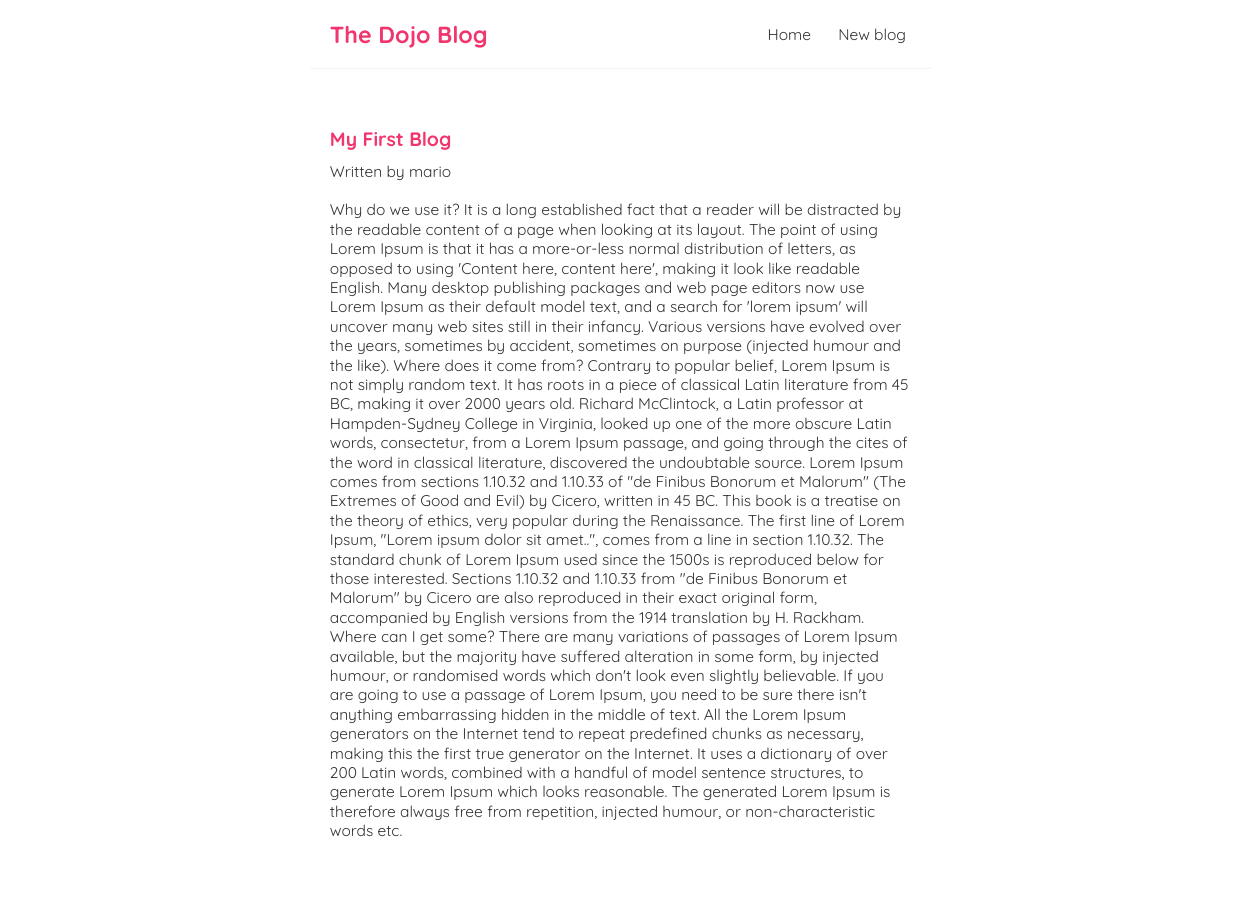
Repository: Samkiroko/full-reacr-ninja
Page: /blogs/1
An editor plug-in stored every save of this project. The page is shown before and after the next save, followed by the edit.
The browser window is 1280 px wide. The pictures show the whole page, at 97% of full size.
The project was rebuilt for these pictures with package versions that can differ from the ones it lists, and the page was loaded fresh each time. Requests to the local data server were answered from the project's data file. Also part of the build but not shown: src/BlogList.js, src/Home.js, src/Create.js.

Above is the page before, as saved 2021-07-23 17:42:45.

### src/index.css
@import url('https://fonts.googleapis.com/css2?family=Quicksand:wght@300;400;500;600;700&display=swap');

/* base styles */

* {
    margin: 0;
    font-family: 'Quicksand';
    color: #333;
}

.navbar {
    padding: 20px;
    display: flex;
    align-items: center;
    max-width: 600px;
    margin: 0 auto;
    border-bottom: 1px solid #f2f2f2;
}

.navbar h1 {
    color: #f1356d;
}

.navbar .links {
    margin-left: auto;
}

.navbar a {
    margin-left: 16px;
    text-decoration: none;
    padding: 6px;
}

.navbar a:hover {
    color: #f1356d;
}

.content {
    max-width: 600px;
    margin: 40px auto;
    padding: 20px;
}


/* blog previews / list */

.blog-preview {
    padding: 10px 16px;
    margin: 20px 0;
    border-bottom: 1px solid #fafafa;
}

.blog-preview:hover {
    box-shadow: 1px 3px 5px rgba(0, 0, 0, 0.1);
}

.blog-preview h2 {
    font-size: 20px;
    color: #f1356d;
    margin-bottom: 8px;
}

.blog-preview a {
    text-decoration: none;
}


/* blog details page */

.blog-details h2 {
    font-size: 20px;
    color: #f1356d;
    margin-bottom: 10px;
}

.blog-details div {
    margin: 20px 0;
}

.blog-details button {
    background: #f1356d;
    color: #fff;
    border: 0;
    padding: 8px;
    border-radius: 8px;
    cursor: pointer;
}


/* create new blog form */

.create {
    max-width: 400px;
    margin: 0 auto;
    text-align: center;
}

.create label {
    text-align: left;
    display: block;
}

.create h2 {
    font-size: 20px;
    color: #f1356d;
    margin-bottom: 30px;
}

.create input,
.create textarea,
.create select {
    width: 100%;
    padding: 6px 10px;
    margin: 10px 0;
    border: 1px solid #ddd;
    box-sizing: border-box;
    display: block;
}

.create button {
    background: #f1356d;
    color: #fff;
    border: 0;
    padding: 8px;
    border-radius: 8px;
    cursor: pointer;
}

### src/App.js
import Home from './Home'
import Navbar from './Navbar'
import { BrowserRouter as Router, Route, Switch } from 'react-router-dom'
import Create from './Create'
import BlogDetails from './BlogDetails'

function App() {
  return (
    <Router>
      <div className='App'>
        <Navbar />
        <div className='content'>
          <Switch>
            <Route exact path='/' component={Home} />
            <Route exact path='/create' component={Create} />
            <Route exact path='/blogs/:id' component={BlogDetails} />
          </Switch>
        </div>
      </div>
    </Router>
  )
}

export default App

### src/Navbar.js
import React from 'react'
import { Link } from 'react-router-dom'

const Navbar = () => {
  return (
    <nav className='navbar'>
      <h1>The Dojo Blog</h1>
      <div className='links'>
        <Link to='/'>Home</Link>
        <Link to='/create'>New blog</Link>
      </div>
    </nav>
  )
}

export default Navbar

### src/BlogDetails.js
import { useParams } from 'react-router-dom'
import useFetch from './useFetch'

const BlogDetails = () => {
  const { id } = useParams()
  const { data: blog, error, loading } = useFetch('http://localhost:8000/blogs/' + id)

  return (
    <div className='blog-details'>
      {loading && <div>Loading...</div>}
      {error && <div>{error}</div>}
      {blog && (
        <article>
          <h2>{blog.title}</h2>
          <p>Written by {blog.author}</p>
          <div>{blog.body}</div>
        </article>
      )}
    </div>
  )
}

export default BlogDetails

### src/useFetch.js
import { useState, useEffect } from 'react'

const useFetch = (url) => {
  const [data, setData] = useState(null)
  const [loading, setLoading] = useState(true)
  const [error, setError] = useState(null)

  useEffect(() => {
    const abortCont = new AbortController()
    fetch(url, { signal: abortCont.signal })
      .then((res) => {
        if (!res.ok) {
          throw Error('could not fetch form the database')
        }
        return res.json()
      })
      .then((data) => {
        setData(data)
        setLoading(false)
        setError(null)
      })
      .catch((err) => {
        if (err.name === 'AbortError') {
          console.log('fetch aborted')
        } else {
          setLoading(false)
          setError(err.message)
        }
      })
    return () => abortCont.abort()
  }, [url])
  return { data, loading, error }
}
export default useFetch

### data/db.json
{
    "blogs": [{
            "title": "My First Blog",
            "body": "Why do we use it?\nIt is a long established fact that a reader will be distracted by the readable content of a page when looking at its layout. The point of using Lorem Ipsum is that it has a more-or-less normal distribution of letters, as opposed to using 'Content here, content here', making it look like readable English. Many desktop publishing packages and web page editors now use Lorem Ipsum as their default model text, and a search for 'lorem ipsum' will uncover many web sites still in their infancy. Various versions have evolved over the years, sometimes by accident, sometimes on purpose (injected humour and the like).\n\n\nWhere does it come from?\nContrary to popular belief, Lorem Ipsum is not simply random text. It has roots in a piece of classical Latin literature from 45 BC, making it over 2000 years old. Richard McClintock, a Latin professor at Hampden-Sydney College in Virginia, looked up one of the more obscure Latin words, consectetur, from a Lorem Ipsum passage, and going through the cites of the word in classical literature, discovered the undoubtable source. Lorem Ipsum comes from sections 1.10.32 and 1.10.33 of \"de Finibus Bonorum et Malorum\" (The Extremes of Good and Evil) by Cicero, written in 45 BC. This book is a treatise on the theory of ethics, very popular during the Renaissance. The first line of Lorem Ipsum, \"Lorem ipsum dolor sit amet..\", comes from a line in section 1.10.32.\n\nThe standard chunk of Lorem Ipsum used since the 1500s is reproduced below for those interested. Sections 1.10.32 and 1.10.33 from \"de Finibus Bonorum et Malorum\" by Cicero are also reproduced in their exact original form, accompanied by English versions from the 1914 translation by H. Rackham.\n\nWhere can I get some?\nThere are many variations of passages of Lorem Ipsum available, but the majority have suffered alteration in some form, by injected humour, or randomised words which don't look even slightly believable. If you are going to use a passage of Lorem Ipsum, you need to be sure there isn't anything embarrassing hidden in the middle of text. All the Lorem Ipsum generators on the Internet tend to repeat predefined chunks as necessary, making this the first true generator on the Internet. It uses a dictionary of over 200 Latin words, combined with a handful of model sentence structures, to generate Lorem Ipsum which looks reasonable. The generated Lorem Ipsum is therefore always free from repetition, injected humour, or non-characteristic words etc.",
            "author": "mario",
            "id": 1
        },
        {
            "title": "Opening Party!",
            "body": "Why do we use it?\nIt is a long established fact that a reader will be distracted by the readable content of a page when looking at its layout. The point of using Lorem Ipsum is that it has a more-or-less normal distribution of letters, as opposed to using 'Content here, content here', making it look like readable English. Many desktop publishing packages and web page editors now use Lorem Ipsum as their default model text, and a search for 'lorem ipsum' will uncover many web sites still in their infancy. Various versions have evolved over the years, sometimes by accident, sometimes on purpose (injected humour and the like).\n\n\nWhere does it come from?\nContrary to popular belief, Lorem Ipsum is not simply random text. It has roots in a piece of classical Latin literature from 45 BC, making it over 2000 years old. Richard McClintock, a Latin professor at Hampden-Sydney College in Virginia, looked up one of the more obscure Latin words, consectetur, from a Lorem Ipsum passage, and going through the cites of the word in classical literature, discovered the undoubtable source. Lorem Ipsum comes from sections 1.10.32 and 1.10.33 of \"de Finibus Bonorum et Malorum\" (The Extremes of Good and Evil) by Cicero, written in 45 BC. This book is a treatise on the theory of ethics, very popular during the Renaissance. The first line of Lorem Ipsum, \"Lorem ipsum dolor sit amet..\", comes from a line in section 1.10.32.\n\nThe standard chunk of Lorem Ipsum used since the 1500s is reproduced below for those interested. Sections 1.10.32 and 1.10.33 from \"de Finibus Bonorum et Malorum\" by Cicero are also reproduced in their exact original form, accompanied by English versions from the 1914 translation by H. Rackham.\n\nWhere can I get some?\nThere are many variations of passages of Lorem Ipsum available, but the majority have suffered alteration in some form, by injected humour, or randomised words which don't look even slightly believable. If you are going to use a passage of Lorem Ipsum, you need to be sure there isn't anything embarrassing hidden in the middle of text. All the Lorem Ipsum generators on the Internet tend to repeat predefined chunks as necessary, making this the first true generator on the Internet. It uses a dictionary of over 200 Latin words, combined with a handful of model sentence structures, to generate Lorem Ipsum which looks reasonable. The generated Lorem Ipsum is therefore always free from repetition, injected humour, or non-characteristic words etc.",
            "author": "yoshi",
            "id": 2
        }
    ]
}

Loaded but not shown: public/index.html (common file); src/index.js (common file)

After the next save:
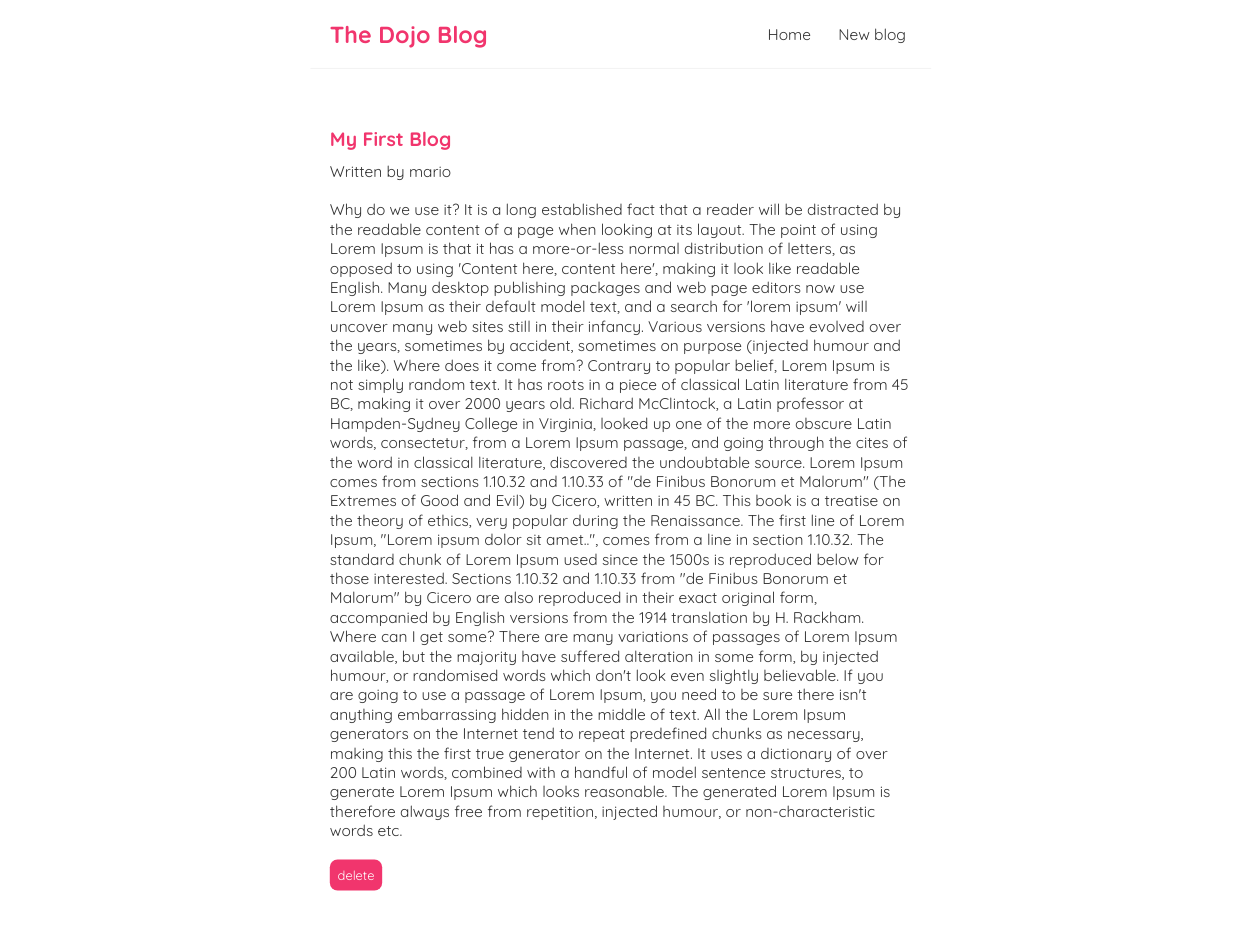
Saved 12 min 36 s later.
--- a/src/BlogDetails.js
+++ b/src/BlogDetails.js
@@ -4,6 +4,11 @@ import useFetch from './useFetch'
 const BlogDetails = () => {
   const { id } = useParams()
   const { data: blog, error, loading } = useFetch('http://localhost:8000/blogs/' + id)
+
+  const handleClick = (e) => {
+    e.preventDefault()
+    window.location.href = '/blogs'
+  }
 
   return (
     <div className='blog-details'>
@@ -14,6 +19,7 @@ const BlogDetails = () => {
           <h2>{blog.title}</h2>
           <p>Written by {blog.author}</p>
           <div>{blog.body}</div>
+          <button onClick={handleClick}>delete</button>
         </article>
       )}
     </div>
